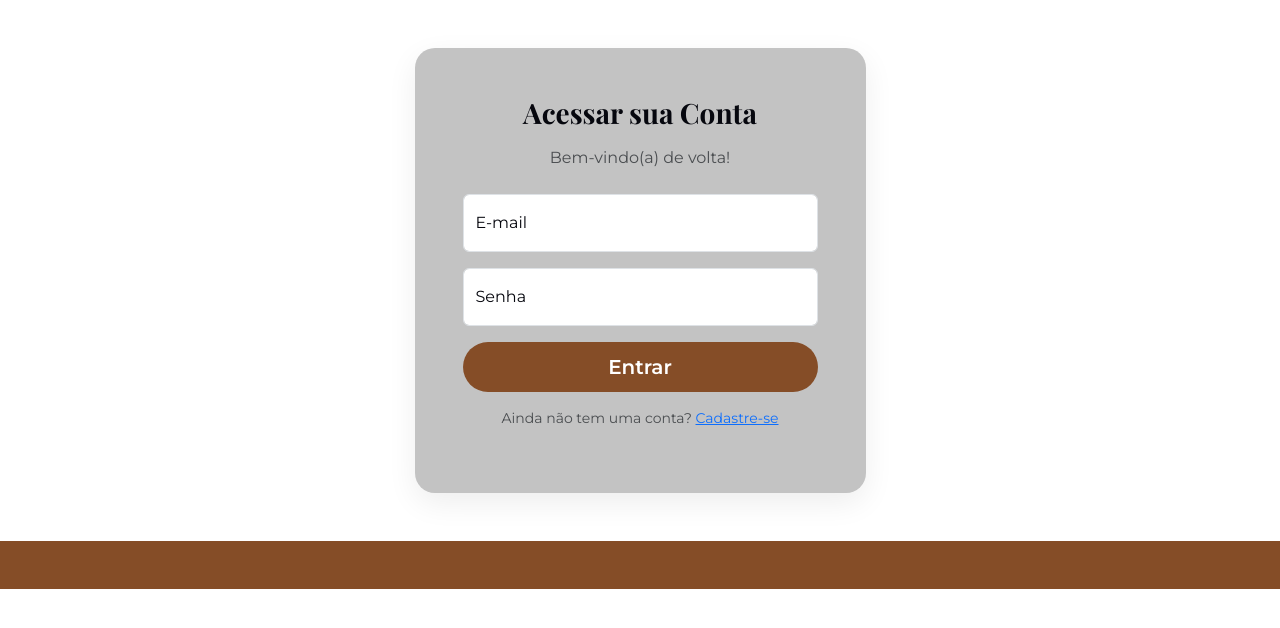
Repository: Lucascsg/projeto-anasouza-frontend
Page: login.html
These files come from the project's save history. The page is drawn as it stood at one moment and after the next save; the edit follows.
The browser window is 1280 px wide. The pictures show the whole page.

Above is the page before, as saved 2025-10-21 22:21:36.

### login.html
<!DOCTYPE html>
<html lang="pt-br">
<head>
    <meta charset="UTF-8">
    <meta name="viewport" content="width=device-width, initial-scale=1.0">
    <title>Login - Ana Souza</title>
    <link href="https://cdn.jsdelivr.net/npm/bootstrap@5.3.2/dist/css/bootstrap.min.css" rel="stylesheet">
    <link rel="stylesheet" href="css/style.css">
    <link rel="stylesheet" href="https://cdn.jsdelivr.net/npm/bootstrap-icons@1.11.1/font/bootstrap-icons.css">
    <link rel="preconnect" href="https://fonts.googleapis.com">
    <link rel="preconnect" href="https://fonts.gstatic.com" crossorigin>
    <link href="https://fonts.googleapis.com/css2?family=Montserrat:wght@400;500;600&family=Playfair+Display:wght@700&family=Great+Vibes&display=swap" rel="stylesheet">
</head>
<body class="bg-white-page">

    <header>
        </header>

    <main class="container my-5">
        <div class="row justify-content-center">
            <div class="col-lg-5 col-md-8">
                <div class="form-container section-card">
                    <div class="text-center mb-4">
                        <h1 class="h3 mb-3 fw-bold">Acessar sua Conta</h1>
                        <p class="text-muted">Bem-vindo(a) de volta!</p>
                    </div>
                    <form id="login-form">
                        <div class="form-floating mb-3">
                            <input type="email" class="form-control" id="email" placeholder="nome@exemplo.com" required>
                            <label for="email">E-mail</label>
                        </div>
                        <div class="form-floating mb-3">
                            <input type="password" class="form-control" id="senha" placeholder="Senha" required>
                            <label for="senha">Senha</label>
                        </div>
                        <div class="d-grid mb-3">
                            <button class="btn btn-custom-primary btn-lg" type="submit">Entrar</button>
                        </div>
                        <p class="text-center text-muted small">
                            Ainda não tem uma conta? <a href="cadastro.html">Cadastre-se</a>
                        </p>
                    </form>
                </div>
            </div>
        </div>
    </main>

    <footer class="py-4 footer-custom">
        </footer>

    <script src="https://cdn.jsdelivr.net/npm/bootstrap@5.3.2/dist/js/bootstrap.bundle.min.js"></script>
    </body>
</html>

### css/style.css
/* =================================== */
/* VARIÁVEIS GLOBAIS E ESTILOS BASE    */
/* =================================== */
:root {
    /* Sua paleta de cores (mantive suas últimas alterações) */
    --cor-base-escura: #854D27;
    --cor-acao-vibrante: #854D27;
    --cor-detalhe-quente: #29524A;
    --cor-texto-escuro: #06070E;

    /* Cores Neutras e de Fundo */
    --cor-fundo-claro: #F8F5F2;
    --cor-texto-claro: #FFFFFF;
}

body {
    font-family: 'Montserrat', sans-serif;
    background-color: #B16262;
    color: var(--cor-texto-escuro);
}

/* Estilo para páginas com fundo branco específico */
body.bg-white-page {
    background-color: #FFFFFF;
}

h1, h2, h3, h4, h5, h6 {
    font-family: 'Playfair Display', serif;
    color: var(--cor-detalhe-quente);
}

/* =================================== */
/* ESTILOS DA BARRA DE NAVEGAÇÃO       */
/* =================================== */
.navbar-custom {
    background-color: var(--cor-base-escura);
}
/* ... (O resto dos estilos da navbar e do logo permanecem como você enviou) ... */
.navbar-brand.logo-text {
    display: flex;
    flex-direction: column;
    justify-content: center;
    padding: 0;
    position: relative;
    top: 2px;
}
.navbar-brand div {
    font-family: 'Great Vibes', cursive;
    font-size: 2.2rem;
    color: #FFD972 !important;
    line-height: 1;
    font-weight: normal;
}
.navbar-brand .logo-subtitle {
    font-family: 'Montserrat', sans-serif;
    font-size: 0.6rem;
    text-transform: uppercase;
    letter-spacing: 0.1em;
    display: block;
    opacity: 0.9;
    color: #FFD972;
    margin-top: -5px;
}
/* ... (outros estilos da navbar que você enviou) ... */
.navbar-custom .navbar-brand img {
    height: 40px;
}
.navbar-custom .nav-link {
    color: var(--cor-texto-claro);
    font-weight: 500;
    text-transform: uppercase;
    font-size: 0.9rem;
    padding: 0.5rem 1rem;
    transition: opacity 0.3s;
}
.navbar-custom .nav-link:hover {
    opacity: 0.8;
}
.navbar-icons a {
    color: var(--cor-texto-claro);
    font-size: 1.2rem;
    transition: opacity 0.3s;
}
.navbar-icons a:hover {
    opacity: 0.8;
}


/* =================================== */
/* ESTILOS DA SEÇÃO HERO (IMAGEM)      */
/* =================================== */
#hero {
    position: relative;
    height: 90vh;
    width: 100%;
    display: flex;
    align-items: center;
    justify-content: center;

    /* --- ATUALIZAÇÃO PARA IMAGEM DE FUNDO --- */
    background: url('../imagens/hero-background.jpg') no-repeat center center/cover;
}

#hero::after {
    content: '';
    position: absolute;
    top: 0;
    left: 0;
    width: 100%;
    height: 100%;
    background: rgba(0, 0, 0, 0.6);
    z-index: 1;
}

#hero .hero-content {
    position: relative;
    z-index: 2;
}

#hero .hero-content h1 {
    font-weight: 700;
    color: var(--cor-texto-claro);
}

#hero .hero-content .btn {
    border-radius: 50px;
    padding: 12px 30px;
    font-weight: 600;
}


/* ... (O resto do seu CSS continua exatamente como você enviou) ... */

/* =================================== */
/* ESTILOS GERAIS DAS SEÇÕES           */
/* =================================== */
section h2 {
    color: var(--cor-detalhe-quente);
    margin-bottom: 1rem;
}

/* =================================== */
/* ESTILOS DA SEÇÃO DE PRODUTOS        */
/* =================================== */
.product-card {
    border: none;
    border-radius: 15px;
    box-shadow: 0 4px 15px rgba(0, 0, 0, 0.08);
    transition: all 0.3s ease-in-out;
}
.product-card:hover {
    transform: translateY(-8px);
    box-shadow: 0 8px 25px rgba(0, 0, 0, 0.12);
}
.product-card .card-title {
    color: var(--cor-texto-escuro);
    font-weight: 600;
}
.product-card .btn {
    border-radius: 50px;
    padding: 8px 25px;
    font-weight: 500;
    border-color: var(--cor-base-escura);
    color: var(--cor-base-escura);
}
.product-card .btn:hover {
    background-color: var(--cor-base-escura);
    color: white;
}

/* =================================== */
/* ESTILOS DA SEÇÃO DE BLOG            */
/* =================================== */
.btn-custom-primary {
    background-color: var(--cor-acao-vibrante);
    color: white;
    border: none;
    border-radius: 50px;
    padding: 10px 30px;
    font-weight: 600;
    transition: all 0.3s;
}
.btn-custom-primary:hover {
    background-color: var(--cor-acao-vibrante);
    color: white;
    opacity: 0.9;
    transform: translateY(-2px);
}
#blog img {
    border-radius: 15px;
}

/* =================================== */
/* ESTILOS DO RODAPÉ (FOOTER)          */
/* =================================== */
.footer-custom {
    background-color: var(--cor-base-escura);
}
.footer-custom a {
    text-decoration: none;
    transition: opacity 0.3s;
}
.footer-custom a:hover {
    opacity: 0.8;
}

/* =================================== */
/* ESTILO DE SEÇÃO EM FORMATO DE CARD  */
/* =================================== */

.section-card {
    background-color: #c3c3c3; /* Fundo branco para o card */
    padding: 3rem 2rem;        /* Espaçamento interno generoso */
    border-radius: 20px;       /* As pontas curvadas que você pediu */
    box-shadow: 0 10px 30px rgba(0, 0, 0, 0.07); /* Sombra sutil para "flutuar" */
}

/* =================================== */
/* Estilos da Página de Produto        */
/* =================================== */

.product-price {
    color: var(--cor-detalhe-quente); /* Usando o verde/marrom dos títulos */
    font-weight: 600;
}

/* =================================== */
/* Estilos da Personalização de Cor    */
/* =================================== */

.seletor-cor {
    width: 32px;
    height: 32px;
    border-radius: 50%; /* Deixa o elemento redondo */
    border: 2px solid #eee;
    cursor: pointer;
    margin-right: 10px;
    margin-bottom: 10px;
    transition: transform 0.2s ease-in-out;
    background-size: cover;
    background-position: center;
}

.seletor-cor:hover {
    transform: scale(1.1); /* Efeito de zoom no hover */
}

/* Estilo para o seletor de cor que está ativo/selecionado */
.seletor-cor.active {
    border-color: var(--cor-base-escura); /* Usa a cor da navbar para destacar */
    box-shadow: 0 0 8px rgba(0, 0, 0, 0.3);
}

/* ============================================= */
/* REFINAMENTO DA PÁGINA DE POST (LEIA MAIS)     */
/* ============================================= */

/* 1. Controlando o tamanho da imagem de destaque */
#post-imagem {
    max-height: 450px; /* Define uma altura máxima para a imagem */
    width: 100%;
    object-fit: cover;   /* Garante que a imagem cubra o espaço sem distorcer */
    border-radius: 15px; /* Bordas mais suaves, combinando com o resto do site */
}

/* 2. Ajustando o Título e a Data */
#post-titulo {
    margin-top: 2.5rem; /* Adiciona mais espaço acima do título */
}

#post-data {
    font-size: 0.8rem;
    text-transform: uppercase;
    letter-spacing: 0.05em; /* Espaçamento entre as letras para um look mais "design" */
}

/* 3. Melhorando a legibilidade do texto do artigo */
#post-conteudo p {
    font-size: 1.1rem;      /* Aumenta um pouco o tamanho da fonte para leitura */
    line-height: 1.8;       /* Aumenta o espaçamento entre as linhas, essencial para textos longos */
    color: #343a40;         /* Um cinza mais escuro para melhor contraste e conforto visual */
}

/* Estilo para os cards de resumo na página de agradecimento */
.summary-item-card {
    background-color: #c3c3c3 !important; /* O cinza que você usou nos section-cards */
    border: none;
    color: var(--cor-texto-escuro); /* Garante que o texto dentro seja escuro */
}

/* =================================== */
/* Estilos para Formulários de Login/Cadastro */
/* =================================== */
.form-container {
    padding: 2rem;
}

@media (min-width: 768px) {
    .form-container {
        padding: 3rem;
    }
}

After the next save:
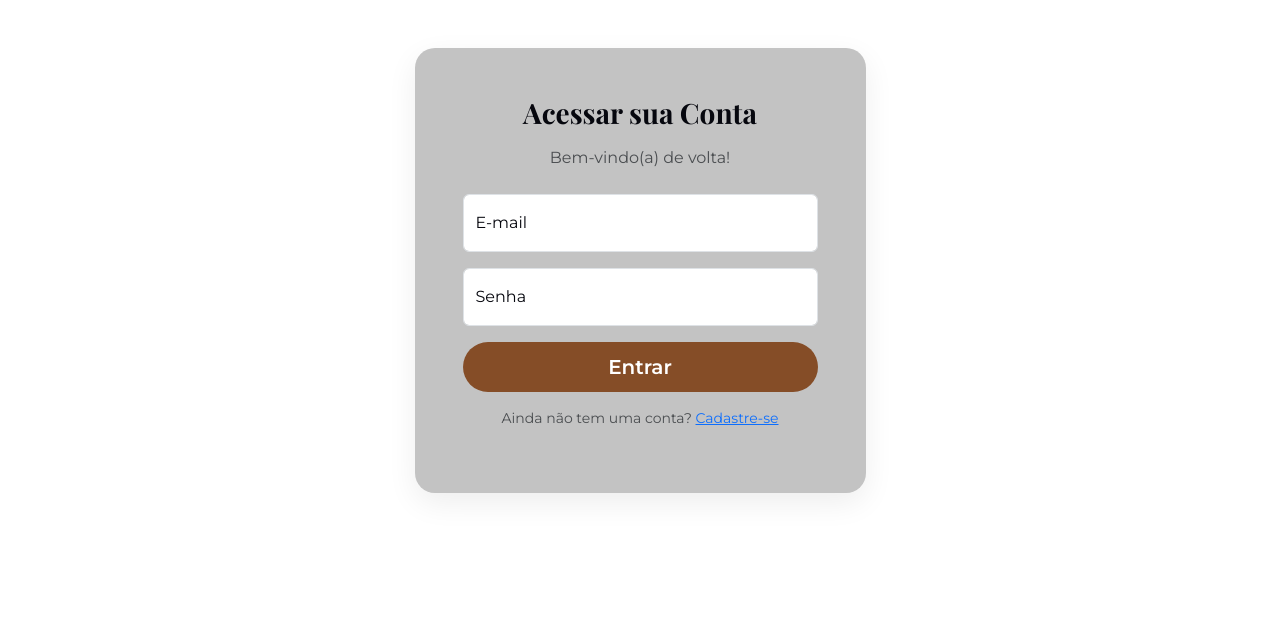
Saved 29 s later.
--- a/login.html
+++ b/login.html
@@ -45,9 +45,6 @@
         </div>
     </main>
 
-    <footer class="py-4 footer-custom">
-        </footer>
-
     <script src="https://cdn.jsdelivr.net/npm/bootstrap@5.3.2/dist/js/bootstrap.bundle.min.js"></script>
     </body>
 </html>
